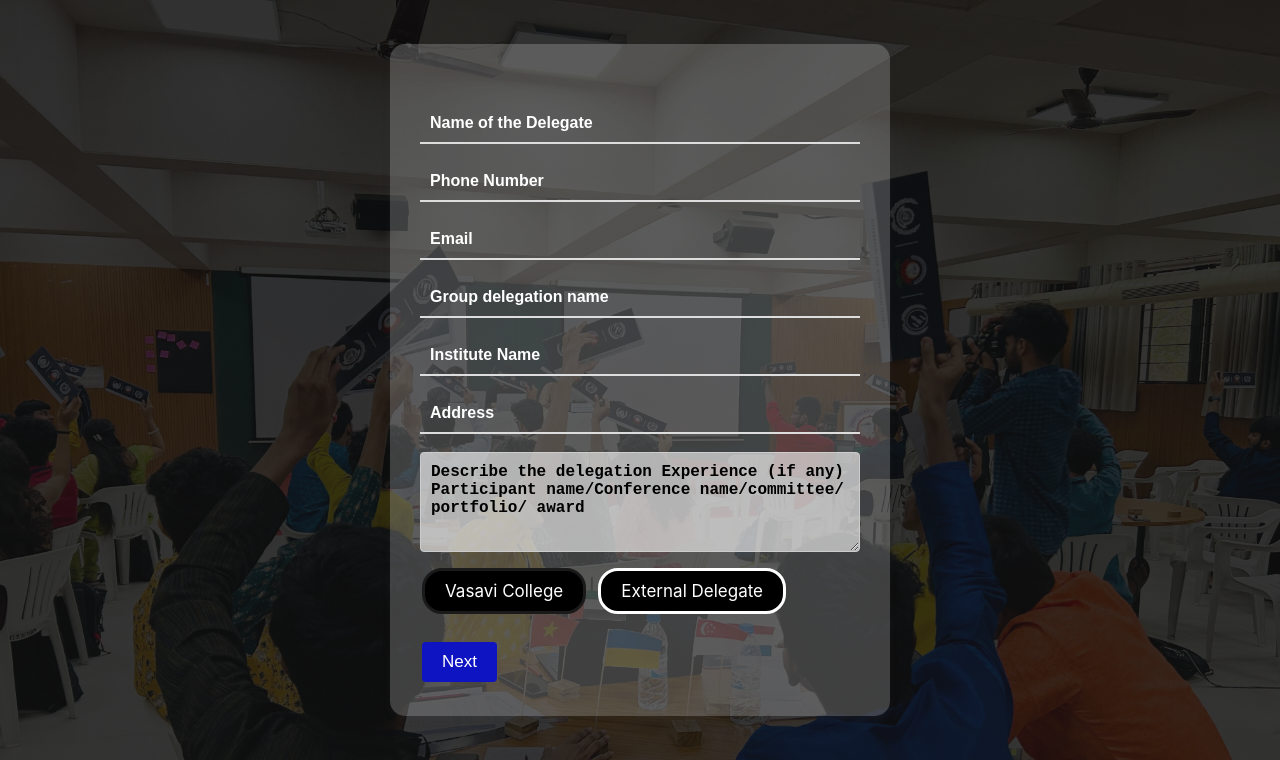
Repository: viveak910/VasaviMUN-Group
Page: /
The author's editor kept a copy of each file at every save. The page is drawn from the files as they stood at one save, then again after a run of saves.
The browser window is 1280 px wide. The pictures show the whole page.
The project was rebuilt for these pictures with package versions that can differ from the ones it lists, and the page was loaded fresh each time. Also part of the build but not shown: src/forms/PreferencesStep.js, src/forms/PaymentStep.js.

Above is the page before, as saved 2025-09-03 20:27:37.

### src/App.js
import React from "react";
import "./App.css";
import CustomVerticalStepper from "./forms/CustomVerticalStepper";

function App() {
  return (
    <div className="App">
      {/* <h1 id="head">Registration</h1> */}
      <CustomVerticalStepper></CustomVerticalStepper>
    </div>
  );
}

export default App;

### src/App.css
.App {
  background-color: black;
}
#head {
  text-align: center;
  position: relative;
  margin-top: 0px;
  color: white;
}

#head::before {
  content: "";
  position: absolute;
  top: -10px;
  left: 0;
  width: 100%;
  height: 5px;
  background-color: black;
}

### src/forms/CustomVerticalStepper.js
import React, { useState } from "react";

import PersonalDetailsStep from "./PersonalDetailsStep";
import PreferencesStep from "./PreferencesStep";
import PaymentStep from "./PaymentStep";
import "./step.css";
import "./form.css";

export default function CustomVerticalStepper() {
  const [activeStep, setActiveStep] = useState(0);
  const [loading, setLoading] = useState(false);
  const [name, setName] = useState("");
  const [phone, setPhone] = useState("");
  const [email, setEmail] = useState("");
  const [address, setAddress] = useState("");
  const [isVasavi, setIsVasavi] = useState(false);
  const [rollNumber, setRollNumber] = useState("");
  const [year, setYear] = useState("");
  const [branch, setBranch] = useState("");
  const [section, setSection] = useState("");
  const [transactionId, setTransactionId] = useState("");
  const [driveLink, setDriveLink] = useState("");
  const [instituteName, setInstituteName] = useState("");
  const [munExperienceDetails, setMunExperienceDetails] = useState("");
  const [participantsCount, setParticipantsCount] = useState(8);
  const [amount, setAmount] = useState("");
  const [teamName, setTeamName] = useState("");
  const [participants, setParticipants] = useState(
    Array.from({ length: participantsCount }, () => ({
      name: "",
      phone: "",
      email: "",
      preference: "",
      portfolio1: "",
      portfolio2: "",
      ipRole: "",
    }))
  );
  const [utr, setUtr] = useState("");

  const validatePreferences = () => {
    const errors = [];
    const selectedCommittees = new Set();

    participants.forEach((participant, index) => {
      if (!participant.name.trim()) {
        errors.push(`Participant ${index + 1}: Name is required.`);
      }

      if (!participant.preference) {
        errors.push(`Participant ${index + 1}: Preference is required.`);
      } else {
        selectedCommittees.add(participant.preference);

        if (participant.preference !== "IP") {
          if (
            !participant.portfolio1.trim() ||
            !participant.portfolio2.trim()
          ) {
            errors.push(
              `Participant ${
                index + 1
              }: Both portfolio 1 and 2 are required for preference ${
                participant.preference
              }.`
            );
          } else if (
            participant.portfolio1.trim().toLowerCase() ===
            participant.portfolio2.trim().toLowerCase()
          ) {
            errors.push(
              `Participant ${
                index + 1
              }: Portfolio 1 and Portfolio 2 must be different for preference ${
                participant.preference
              }.`
            );
          }
        }

        if (participant.preference === "IP" && !participant.ipRole) {
          errors.push(`Participant ${index + 1}: Please select a role for IP.`);
        }
      }
    });

    const committees = ["DISEC", "AIPPM", "UNCSW","WHO", "IP"];
    committees.forEach((committee) => {
      if (!selectedCommittees.has(committee)) {
        errors.push(
          `At least one participant must select the preference "${committee}".`
        );
      }
    });

    if (errors.length > 0) {
      alert(errors.join("\n"));
      return false;
    }

    return true;
  };

  const steps = [
    {
      component: (
        <PersonalDetailsStep
          name={name}
          setName={setName}
          phone={phone}
          setPhone={setPhone}
          email={email}
          setEmail={setEmail}
          address={address}
          setAddress={setAddress}
          isVasavi={isVasavi}
          setIsVasavi={setIsVasavi}
          rollNumber={rollNumber}
          setRollNumber={setRollNumber}
          year={year}
          setYear={setYear}
          branch={branch}
          setBranch={setBranch}
          section={section}
          setSection={setSection}
          instituteName={instituteName}
          setInstituteName={setInstituteName}
          munExperienceDetails={munExperienceDetails}
          setMunExperienceDetails={setMunExperienceDetails}
          teamName={teamName}
          setTeamName={setTeamName}
        />
      ),
    },
    {
      component: (
        <PreferencesStep
          participantsCount={participantsCount}
          setParticipantsCount={setParticipantsCount}
          participants={participants}
          setParticipants={setParticipants}
        />
      ),
    },
    {
      component: (
        <PaymentStep
          isVasavi={isVasavi}
          transactionId={transactionId}
          setTransactionId={setTransactionId}
          driveLink={driveLink}
          setDriveLink={setDriveLink}
          participantsCount={participantsCount}
          amount={amount}
          setAmount={setAmount}
          utr={utr}
          setUtr={setUtr}
        />
      ),
    },
  ];

  const validateStep = () => {
    if (activeStep === 0) {
      const phoneRegex = /^[0-9]{10}$/;

      const emailRegex = /^[^\s@]+@[^\s@]+\.[^\s@]+$/;

      const rollNumberRegex =
        /^[0-9]{4}-[0-9A-Za-z]{2}-[0-9A-Za-z]{3}-[0-9A-Za-z]{3}$/;

      if (!name) {
        alert("Please fill in your name.");
        return false;
      }

      if (!phone) {
        alert("Please fill in your phone number.");
        return false;
      }
      if (!teamName) {
        alert("Please enter Group delegation name");
        return false;
      }

      if (!phoneRegex.test(phone)) {
        alert("Phone number must be exactly 10 digits.");
        return false;
      }

      if (!email) {
        alert("Please fill in your email.");
        return false;
      }
      if (!instituteName) {
        alert("Enter your institute name");
        return false;
      }

      if (!emailRegex.test(email)) {
        alert("Please enter a valid email address.");
        return false;
      }

      if (!address) {
        alert("Please fill in your address.");
        return false;
      }
      if (!instituteName) {
      }

      if (isVasavi) {
        if (!rollNumber) {
          alert("Please fill in your roll number.");
          return false;
        }

        if (!rollNumberRegex.test(rollNumber)) {
          alert("Roll number must be in the format 1602-2X-XXX-XXX.");
          return false;
        }

        if (!year) {
          alert("Please select your year.");
          return false;
        }
        if (!munExperienceDetails) {
          alert("Fill in MUN Experience");
          return false;
        }
        if (!branch) {
          alert("Please select your branch.");
          return false;
        }

        if (!section) {
          alert("Please select your section.");
          return false;
        }
      }

      return true;
    } else if (activeStep === 1) {
      const preferencesValid = validatePreferences();
      if (!preferencesValid) return false;
    } else if (activeStep === 2) {
      if (!transactionId) {
        alert("Transaction ID is required.");
        return false;
      }
      if (!driveLink) {
        alert("Drive link is required.");
        return false;
      }

      const driveUrlPattern =
        /https:\/\/drive\.google\.com\/(?:file\/d\/|drive\/folders\/)([-\w]+)/;



    }

    return true;
  };

  const handleNext = () => {
    if (validateStep()) {
      setActiveStep((prevStep) => prevStep + 1);
      window.scrollTo({
        top: 0,
        behavior: "smooth",
      });
    }
  };

  const handleBack = () => {
    if (activeStep > 0) {
      setActiveStep((prevStep) => prevStep - 1);
      window.scrollTo({
        top: 0,
        behavior: "smooth",
      });
    }
  };

  const handleSubmit = () => {
    if (validateStep()) {
      setLoading(true);

      const formData = {
        name,
        phone,
        email,
        teamName,
        address,
        instituteName,
        munExperienceDetails,
        rollNumber,
        year,
        branch,
        section,
        participants,
        amount,
        transactionId,
        driveLink,
        utr,
      };

      console.log("Submitting form data:", formData);

      fetch("https://mun-dat.onrender.com/groupregister", {
        method: "POST",
        headers: {
          "Content-Type": "application/json",
        },
        body: JSON.stringify(formData),
      })
        .then((response) => response.json())
        .then((data) => {
          console.log("Success:", data);
          alert("Form submitted successfully!");
          resetForm();
          setLoading(false);
        })
        .catch((error) => {
          console.error("Error:", error);
          alert("Failed to submit the form. Please try again.");
          setLoading(false);
        });
    }
  };

  const resetForm = () => {
    setName("");
    setPhone("");
    setEmail("");
    setMunExperienceDetails("");
    setTeamName("");
    setInstituteName("");
    setAddress("");
    setIsVasavi(false);
    setRollNumber("");
    setYear("");
    setBranch("");
    setSection("");
    setTransactionId("");
    setDriveLink("");
    setActiveStep(0);
    setParticipantsCount(8);
    setAmount("");
    setParticipants(
      Array.from({ length: participantsCount }, () => ({
        name: "",
        preference: "",
        portfolio1: "",
        portfolio2: "",
        ipRole: "",
      }))
    );
  };

  return (
    <div className="stepper-wrapper">
      {loading ? (
        <>
          <div className="loader-container">
            <div className="pulsing-circle"></div>
            <p>Submitting Response</p>
          </div>
        </>
      ) : (
        <div className="stepper-container">
          <div className="stepper-header">
            <div className="step-header">{steps[activeStep].label}</div>
          </div>
          <div className="stepper-content">{steps[activeStep].component}</div>
          <div className="step-actions">
            {activeStep > 0 && (
              <button className="btn" onClick={handleBack}>
                Back
              </button>
            )}
            {activeStep < steps.length - 1 ? (
              <button className="btn" onClick={handleNext}>
                Next
              </button>
            ) : (
              <button className="btn" onClick={handleSubmit}>
                Submit
              </button>
            )}
          </div>
        </div>
      )}
    </div>
  );
}

### src/forms/PersonalDetailsStep.js
import React from "react";
import "./form.css";

export default function PersonalDetailsStep({
  name,
  setName,
  phone,
  setPhone,
  email,
  setEmail,
  address,
  setAddress,
  isVasavi,
  setIsVasavi,
  rollNumber,
  setRollNumber,
  year,
  setYear,
  branch,
  setBranch,
  section,
  setSection,
  munExperienceDetails,
  setMunExperienceDetails,
  instituteName,
  setInstituteName,
  teamName,
  setTeamName,
}) {
  return (
    <div>
      <input
        type="text"
        placeholder="Name of the Delegate"
        value={name}
        onChange={(e) => setName(e.target.value)}
        required
      />
      <input
        type="tel"
        placeholder="Phone Number"
        value={phone}
        onChange={(e) => setPhone(e.target.value)}
        required
      />
      <input
        type="email"
        placeholder="Email"
        value={email}
        onChange={(e) => setEmail(e.target.value)}
        required
      />
      <input
        type="text"
        placeholder="Group delegation name"
        value={teamName}
        onChange={(e) => setTeamName(e.target.value)}
        required
      />
      {!isVasavi && (
        <input
          type="text"
          placeholder="Institute Name"
          value={instituteName}
          onChange={(e) => setInstituteName(e.target.value)}
          required
        />
      )}
      <input
        type="text"
        placeholder="Address"
        value={address}
        onChange={(e) => setAddress(e.target.value)}
        required
      />

      <textarea
        className="mun-experience"
        placeholder="Describe the delegation Experience (if any)
Participant name/Conference name/committee/ portfolio/ award"
        value={munExperienceDetails}
        onChange={(e) => setMunExperienceDetails(e.target.value)}
      />

      <div className="radio-container">
        <input
          id="vasavi"
          className="toggle"
          name="toggle"
          type="radio"
          value="vasavi"
          checked={isVasavi}
          onChange={() => {
            setIsVasavi(true);
            setInstituteName("Vasavi College of Engineering");
          }}
        />
        <label htmlFor="vasavi" className={`btn ${isVasavi ? "selected" : ""}`}>
          Vasavi College
        </label>
        <input
          id="external"
          className="toggle"
          name="toggle"
          type="radio"
          value="external"
          checked={!isVasavi}
          onChange={() => {
            setIsVasavi(false);
            setInstituteName("");
          }}
        />
        <label
          htmlFor="external"
          className={`btn ${!isVasavi ? "selected" : ""}`}
        >
          External Delegate
        </label>
      </div>

      {isVasavi && (
        <>
          <input
            type="text"
            placeholder="Roll Number"
            value={rollNumber}
            onChange={(e) => setRollNumber(e.target.value)}
            required
          />
          <select
            value={year}
            onChange={(e) => setYear(e.target.value)}
            required
          >
            <option value="">Select Year</option>
            <option value="1">1st Year</option>
            <option value="2">2nd Year</option>
            <option value="3">3rd Year</option>
            <option value="4">4th Year</option>
          </select>
          <select
            value={branch}
            onChange={(e) => setBranch(e.target.value)}
            required
          >
            <option value="">Select Branch</option>
            <option value="CSE">CSE</option>
            <option value="CSM">CSM</option>
            <option value="CIVIL">CIVIL</option>
            <option value="ECE">ECE</option>
            <option value="EEE">EEE</option>
            <option value="MECHANICAL">MECHANICAL</option>
            <option value="IT">IT</option>
          </select>
          <input
            type="text"
            placeholder="Section"
            value={section}
            onChange={(e) => setSection(e.target.value)}
            required
          />
        </>
      )}
    </div>
  );
}

### src/forms/step.css
.stepper-wrapper {
  display: flex;
  justify-content: center;
  align-items: center;
  min-height: 100vh;
  background-color: #000000;
  padding: 20px;
  background-image: linear-gradient(
      rgba(12, 12, 12, 0.841),
      rgba(16, 16, 16, 0.834)
    ),
    url("reg_back.webp");
  background-size: cover;
  background-repeat: no-repeat;
  margin: 0;
}
.stepper-container {
  background: #e1e1e13c;
  border-radius: 15px;
  box-shadow: 0 4px 8px rgba(83, 83, 83, 0.088);
  width: 100%;
  max-width: 500px;
  padding: 30px;

  box-sizing: border-box;
}

.stepper-header {
  margin-bottom: 20px;
}

.step-header {
  margin-bottom: 20px;
  font-size: 22px;
  font-weight: bold;
  color: #333;
}

.stepper-content {
  display: flex;
  flex-direction: column;
}

.step-actions {
  display: flex;
  justify-content: space-between;
  margin-top: 20px;
}
h4,
h3,
h2 {
  font-weight: 700;
  color: white;
  padding: 0;
}
h4 {
  margin-bottom: 0;
}

.btn {
  background-color: #0e14c1;
  border: none;
  color: #ffffff;
  font-weight: 400;
  font-size: 17px;
  padding: 10px 20px;
  text-align: center;
  text-decoration: none;
  display: inline-block;
  margin: 4px 2px;
  margin-right: 0;
  cursor: pointer;
  border-radius: 4px;
  transition: background-color 0.3s;
}

.btn:hover {
  background-color: #1d1d1d;
}
.reset-container {
  text-align: center;
}

.loader-container {
  display: flex;
  flex-direction: column;
  justify-content: center;
  align-items: center;
  height: 100vh;
}

.loader-container p {
  font-size: 24px;
  font-weight: bold;
  color: white;
  margin-top: 20px;
}

.pulsing-circle {
  width: 100px;
  height: 100px;
  background-color: #ffffff;
  border-radius: 50%;
  animation: pulse 2s infinite;
}

@keyframes pulse {
  0%,
  100% {
    transform: scale(1);
    opacity: 1;
  }
  50% {
    transform: scale(1.5);
    opacity: 0.5;
  }
}
@media (max-width: 768px) {
  .stepper-wrapper {
    background-image: linear-gradient(
        rgba(12, 12, 12, 0.758),
        rgba(16, 16, 16, 0.77)
      ),
      url("regback.webp");
    background-size: cover;
    background-position: center;
    background-repeat: no-repeat;
  }
  .stepper-container {
    padding: 20px;
    max-width: 90%;
  }

  .btn {
    font-size: 14px;
    padding: 8px 16px;
  }
}

### src/forms/form.css
input,
select,
textarea {
  width: 100%;
  padding: 10px;
  margin: 8px 0;
  margin-top: 10px;
  border: none;
  border-bottom: 2px solid #ddd;
  border-radius: 0;
  box-sizing: border-box;
  background: none;
  color: #fff;
  font-size: 16px;
  outline: none;
}

select::-ms-expand {
  display: none;
}

select::-webkit-inner-spin-button,
select::-webkit-outer-spin-button {
  -webkit-appearance: none;
  margin: 0;
}

select::-webkit-dropdown-button {
  -webkit-appearance: none;
}

select option {
  background: #fff;
  color: #000;
  padding: 10px;
  font-size: 16px;
}

input::placeholder {
  color: #fff;
  font-weight: 900;
  font-size: 16px;
}

textarea::placeholder {
  color: #000000;
  font-weight: 900;
  font-size: 16px;
}

select {
  color: #fff;
  font-weight: 700;
  font-size: 16px;
}

input:focus,
select:focus,
textarea:focus {
  outline: none;
  border-bottom: 3px solid;
}

textarea {
  height: 100px;
  resize: vertical;
}

.toggle-container {
  display: flex;
  flex-direction: column;
  margin-bottom: 20px;
}

.toggle-container label {
  display: flex;
  align-items: center;
  margin-bottom: 10px;
}

.toggle-container .toggle-label {
  margin-left: 10px;
  color: white;
}

.radio-container input[type="radio"].toggle {
  display: none;
}

.radio-container .btn {
  border: 3px solid #1a1a1a;
  display: inline-block;
  padding: 10px 20px;
  position: relative;
  text-align: center;
  cursor: pointer;
  border-radius: 20px;
  transition: 300ms ease, color 300ms ease;
  margin-right: 10px;
  background: #000000;
}

.radio-container .btn.selected {
  background: #000000;
  color: rgb(255, 255, 255);
  border-color: white;
}

.radio-container input[type="radio"].toggle:checked + label {
  color: #fff;
}

.radio-container input[type="radio"].toggle:checked + label:after {
  background: #1a1a1a;
  left: 0;
}

.mun-experience {
  background: rgba(255, 255, 255, 0.6);
  color: black;
  padding: 10px;
  border-radius: 4px;
  border: 1px solid #ccc;
  font-size: 16px;
  box-sizing: border-box;
  resize: vertical;
}

.country-preferences {
  display: flex;
  gap: 10px;
}

.country-preferences input {
  flex: 1;
}

.hd .btn {
  display: inline-block;
  padding-top: 0px;
  padding-bottom: 0;
  padding-right: 60px;
  margin-left: 0;
  text-align: center;
  cursor: pointer;
  border-radius: 10px;
  transition: 300ms ease, color 300ms ease;
  margin-right: 10px;
  background: #000000;
}
.ip-role {
  width: 50%;
}

Loaded but not shown: public/index.html (common file); src/index.js (common file); src/index.css (common file); src/reportWebVitals.js (common file)

After the next 8 saves:
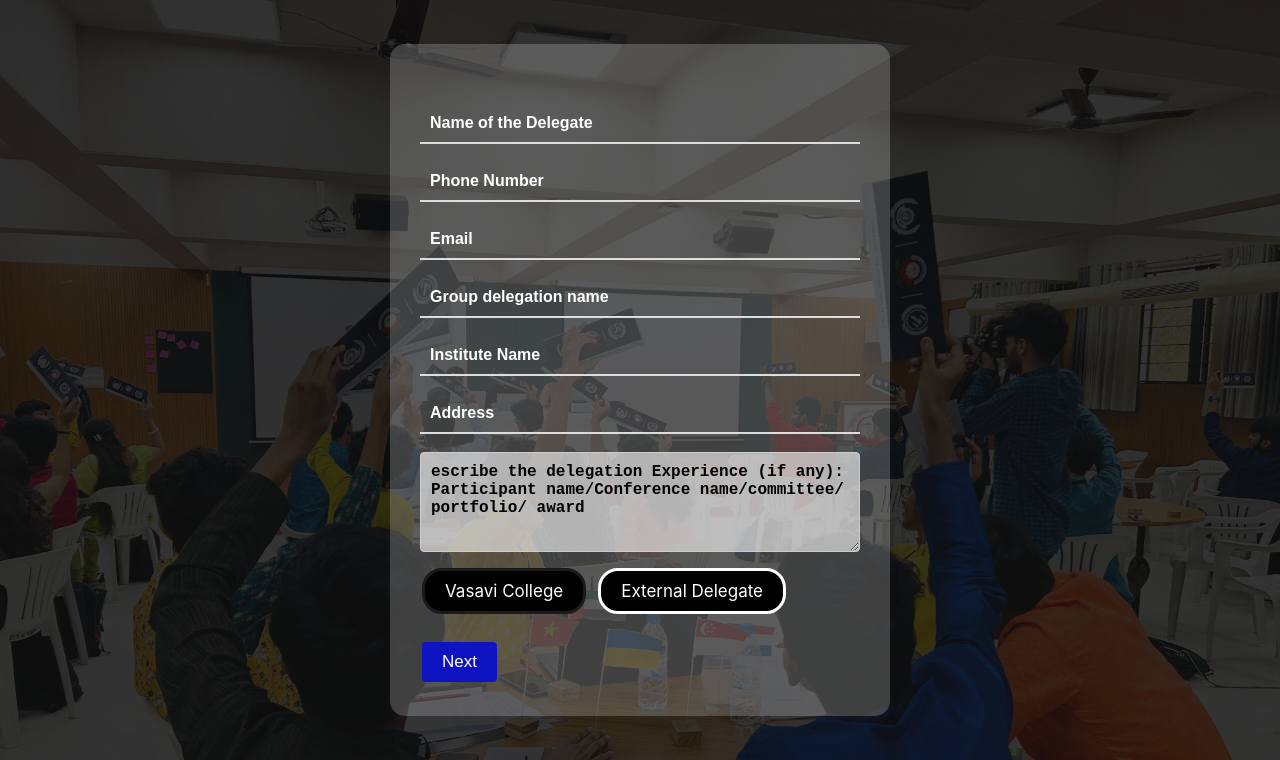
The 8 saves are shown as one change because they came seconds apart.
The last was saved 45 s later.
--- a/src/forms/PersonalDetailsStep.js
+++ b/src/forms/PersonalDetailsStep.js
@@ -76,8 +76,7 @@ export default function PersonalDetailsStep({
 
       <textarea
         className="mun-experience"
-        placeholder="Describe the delegation Experience (if any)
-Participant name/Conference name/committee/ portfolio/ award"
+        placeholder="escribe the delegation Experience (if any): Participant name/Conference name/committee/ portfolio/ award"
         value={munExperienceDetails}
         onChange={(e) => setMunExperienceDetails(e.target.value)}
       />
